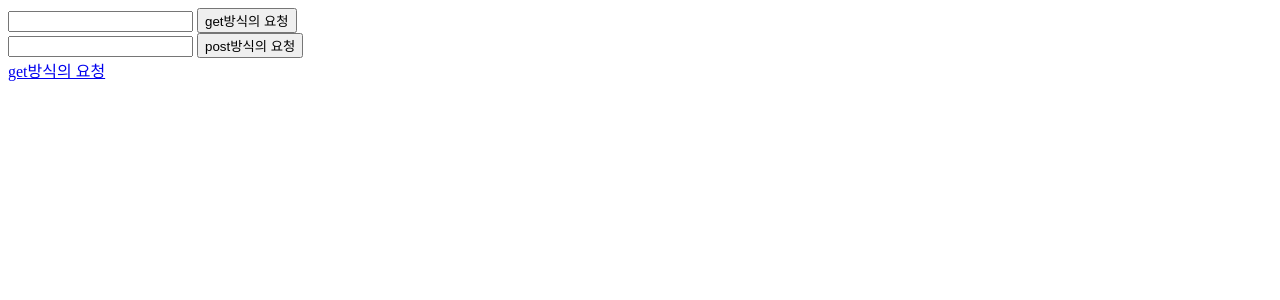
Repository: beom324/jsp-servlet
Page: http://localhost/day1222/
These files come from the project's save history. The page is drawn as it stood at one moment and after the next save; the edit follows.
The browser window is 1280 px wide. The pictures show the whole page.
The page is served by Tomcat 9.

Above is the page before, as saved 2023-12-22 06:48:31.

After the next save:
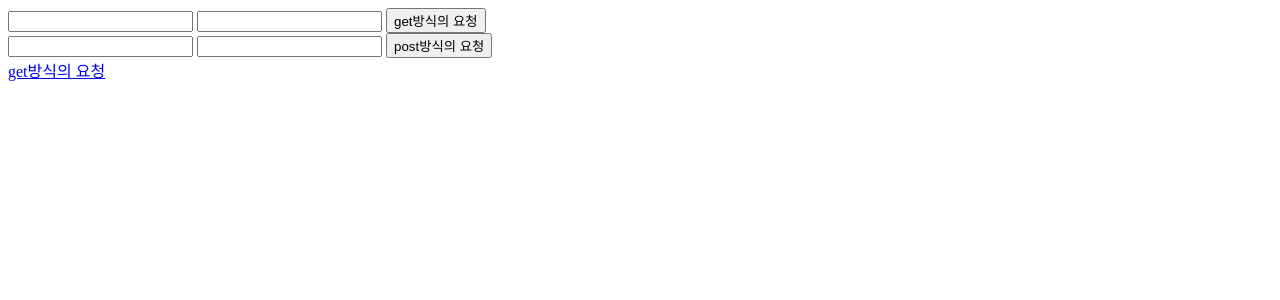
Saved 119 s later.
--- a/day1222/src/main/webapp/index.jsp
+++ b/day1222/src/main/webapp/index.jsp
@@ -9,16 +9,19 @@
 <body>
 	<form action="hello" method="get">
 	<input type="text" name ="title">
+	<input type="text" name ="year">
+
 	<input type="submit" value="get방식의 요청">
 
 	</form>
 
 	<form action="hello" method="post">
 	<input type="text" name ="title">
+	<input type="text" name ="year">
 	<input type="submit" value="post방식의 요청">
 
 	</form>
 
-	<a href="hello">get방식의 요청</a>
+	<a href="hello?title=hello&year=2023">get방식의 요청</a>
 </body>
 </html>
